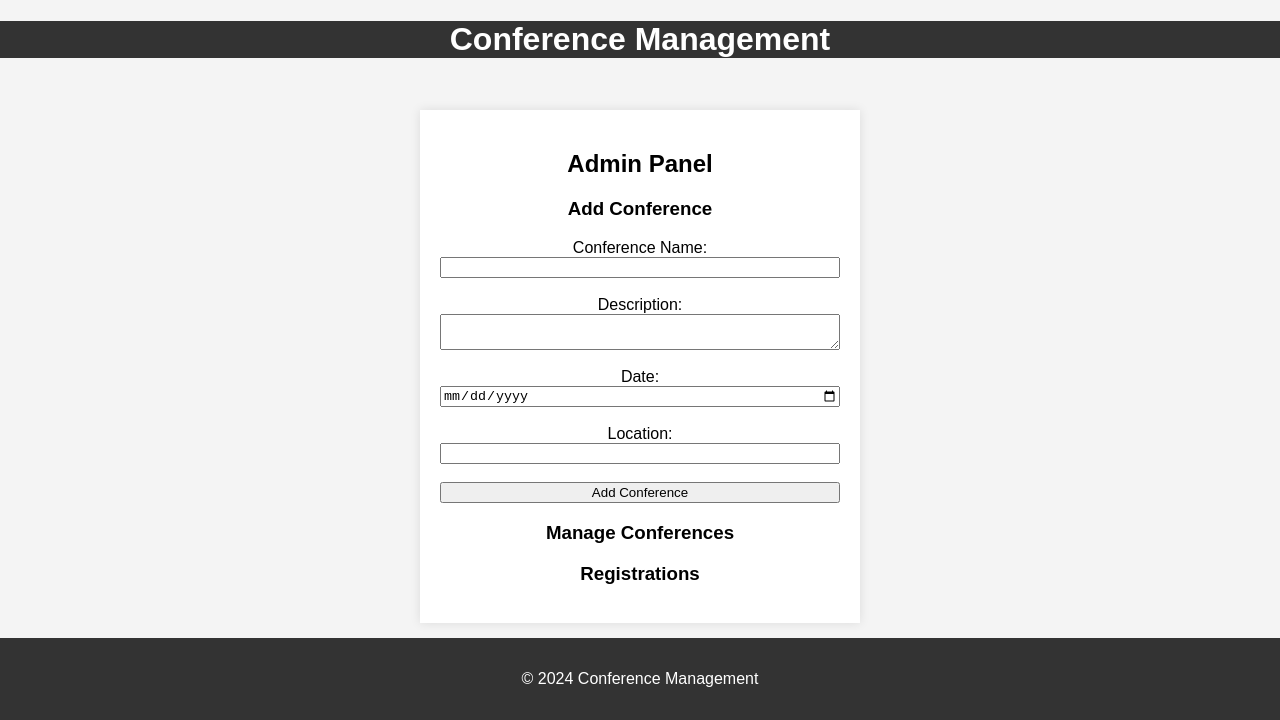
Repository: AMIT1439027/conferenceapp
Page: http://localhost/admin/admin.php
An editor plug-in stored every save of this project. The page is shown before and after a run of saves, followed by the edit.
The browser window is 1280 px wide. The pictures show the whole page.
The page is run by PHP 8.4 with error messages shown; the project is at /var/www/html/. Queries for data that is not in the repository find no rows.

Above is the page before, as saved 2024-05-29 14:27:14.

After the next 4 saves:
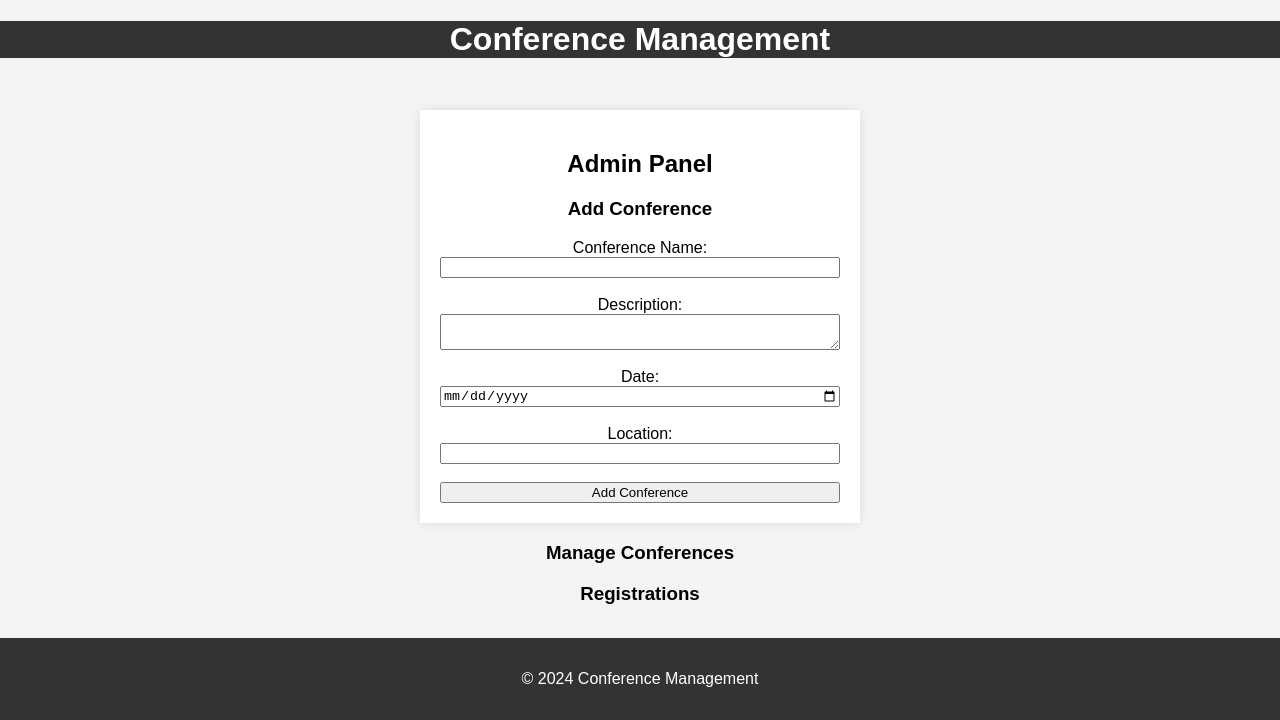
The 4 saves are shown as one change because they came seconds apart.
The last was saved 11 s later.
--- a/admin/admin.php
+++ b/admin/admin.php
@@ -83,8 +83,9 @@ $registrations = $stmt_registrations->fetchAll();
             <br>
             <input type="submit" value="Add Conference">
         </form>
+</div>
+        <!-- List of Conferences -->
 
-        <!-- List of Conferences -->
         <h3>Manage Conferences</h3>
         <ul>
             <?php foreach ($conferences as $conference): ?>
